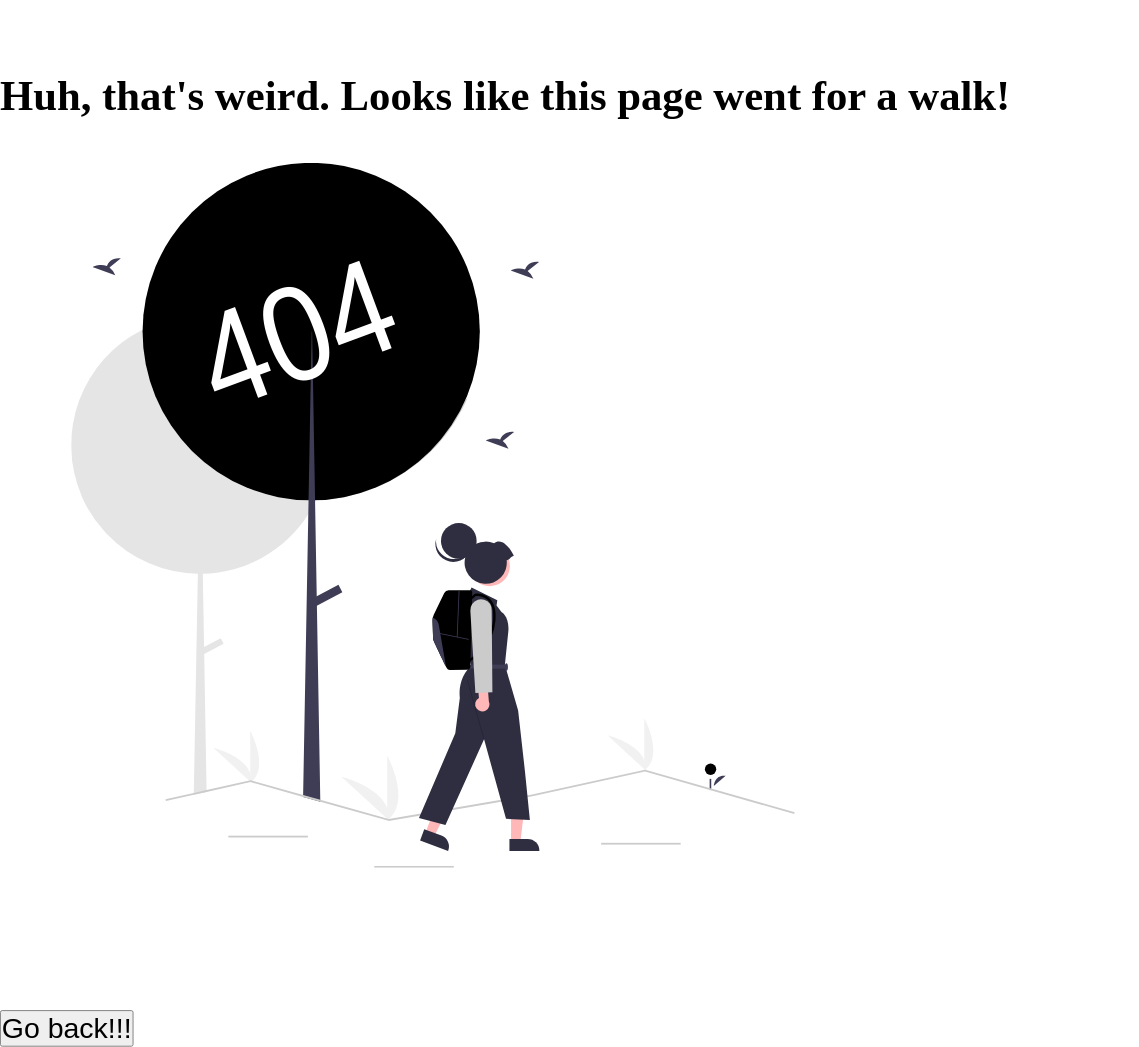
Repository: TeeJaysDev/Portfolio
Page: 404.html
These files come from the project's save history. The page is drawn as it stood at one moment and after the next save; the edit follows.
The browser window is 1280 px wide. The pictures show the whole page, at 89% of full size.

Above is the page before, as saved 2021-06-11 23:15:45.

After the next save:
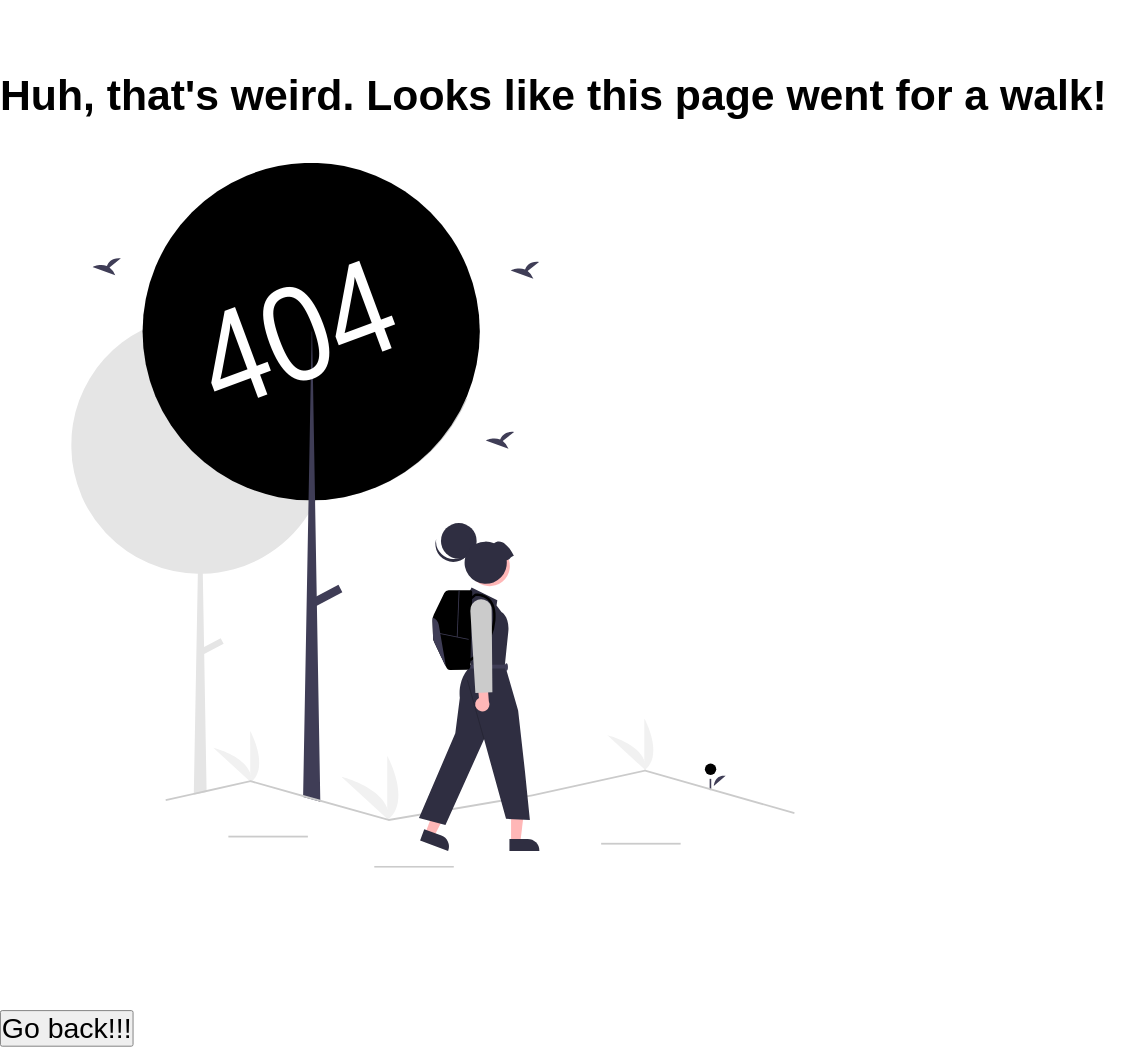
Saved 6 s later.
--- a/404.css
+++ b/404.css
@@ -8,7 +8,7 @@
 }
 
 .error h1 {
-    font-family: aria;
+    font-family: Arial, Helvetica, sans-serif;
     font-weight: 700;
     color: #000000;
     font-size: 3rem;
